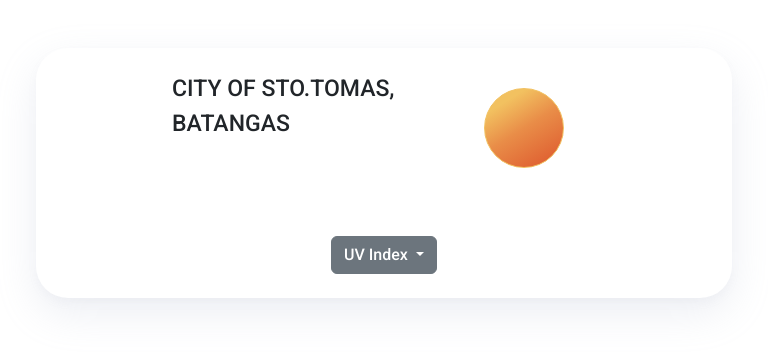
Repository: Uriarte-Anyl/Uriarte-Anyl.github.io
Page: Course/ADET/A07/embed.html
The author's editor kept a copy of each file at every save. The page is drawn from the files as they stood at one save, then again after the next save.
The browser window is 768 px wide. The pictures show the whole page.
The page's requests for data from a server got no answer.

Above is the page before, as saved 2025-06-05 09:19:29.
Console error: TypeError: Cannot set properties of null (setting 'textContent')

After the next save:
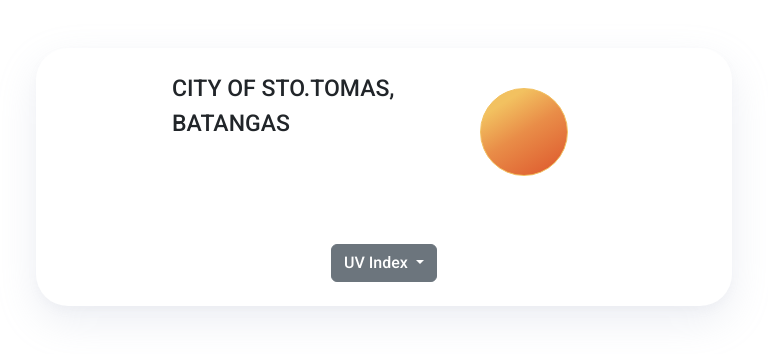
Saved 8 s later.
--- a/Course/ADET/A07/embed.html
+++ b/Course/ADET/A07/embed.html
@@ -120,8 +120,8 @@
         display: flex;
         flex-direction: row;
         align-items: center;
-        height: 80px;
-        width: 80px;
+        height: 88px;
+        width: 88px;
         border-radius: 100%;
         justify-content: center;
 
